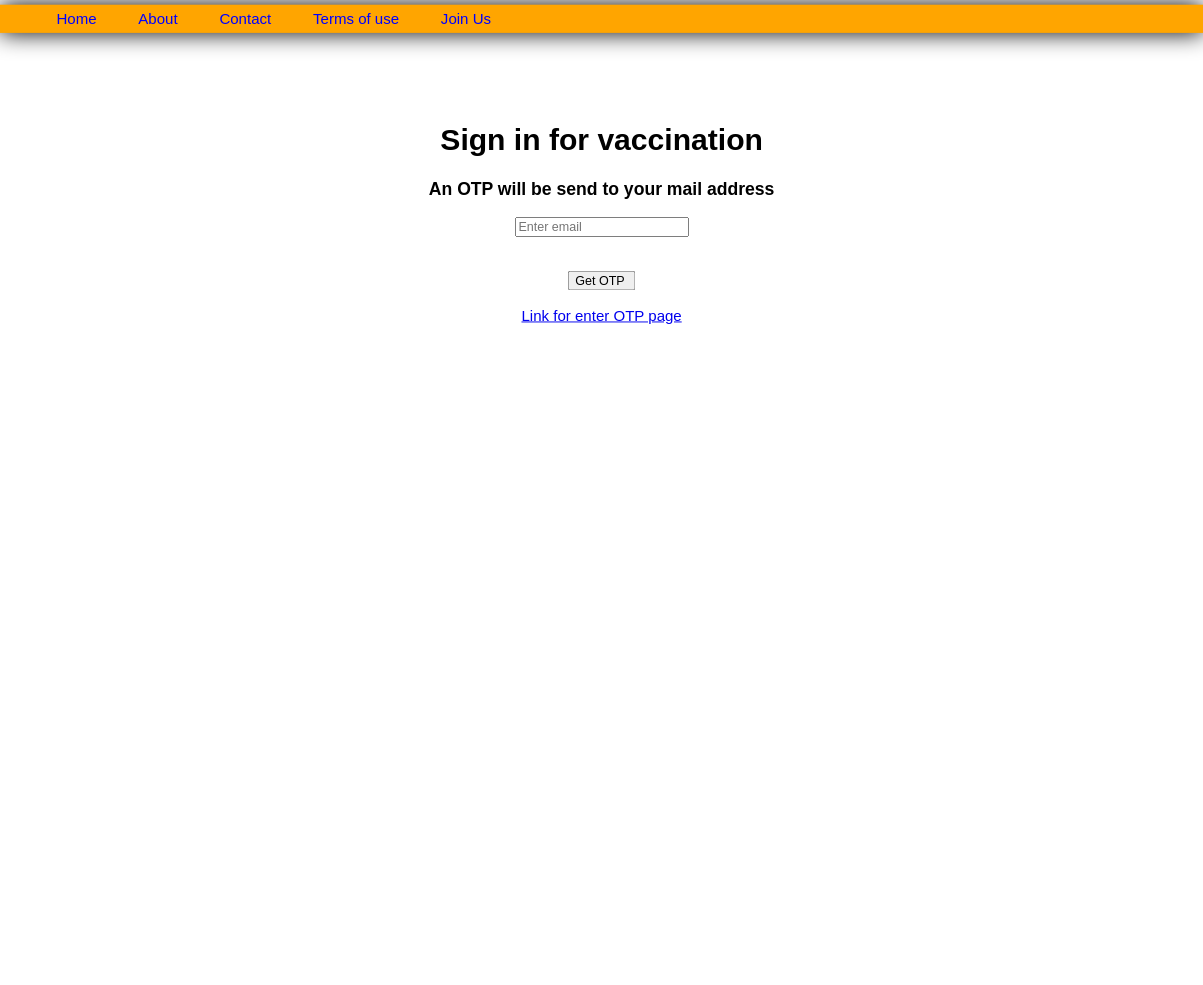
Repository: chetanmelavanki/project
Page: http://localhost/vaccine-app/WEB-INF/pages/signinpage.jsp
These files come from the project's save history. The page is drawn as it stood at one moment and after the next save; the edit follows.
The browser window is 1280 px wide. The pictures show the whole page, at 94% of full size.
The page is served by Tomcat 9. Nobody is signed in. Other server files are loaded and not shown. The template is opened directly, without the code that normally fills it, so the values that code supplies are empty.

Above is the page before, as saved 2022-08-15 04:57:57.

### vaccine-app/src/main/webapp/WEB-INF/pages/signinpage.jsp
<%@ page language="java" contentType="text/html; charset=ISO-8859-1"
	pageEncoding="ISO-8859-1"%>
<!DOCTYPE html>
<html>

<head>
    <title>Vaccine form</title>
    <style type=text/css>
        body {
            height: 125vh;
            margin-top: 80px;
            padding: 30px;
            background-size: cover;
            font-family: sans-serif;
            text-align: center;
        }

        header {
            background-color: orange;
            position: fixed;
            left: 0;
            right: 0;
            top: 5px;
            height: 30px;
            display: flex;
            align-items: center;
            box-shadow: 0 0 25px 0 black;
        }

        header * {
            display: inline;
        }

        header li {
            margin: 20px;
        }

        header li a {
            color: blue;
            text-decoration: none;
        }
    </style>


    <body>
        <header>
            <nav>
                <ul>
                    <li>
                        <a href=""> Home </a>
                    </li>
                    <li>
                        <a href=""> About </a>
                    </li>
                    <li>
                        <a href=""> Contact </a>
                    </li>
                    <li> <a href=""> Terms of use </a>
                    </li>
                    <li>
                        <a href=""> Join Us </a>
                    </li>
                </ul>
            </nav>
        </header>

        <h1>Sign in for vaccination</h1>

        <h3>An OTP will be send to your mail address</h3>
        <div>
            <form action="getOTP.vaccine" method="post">
                <input type="email" name="userEmail" placeholder="Enter email"><br>
                <a style="color: red">${errorMail}${errorSend}</a> <br> <br>
                <input type="submit" value="Get OTP "> <br> <br> <a href="http://localhost:8080/vaccine-app/enterVaccineOTP.vaccine">Link
				for enter OTP page</a>
            </form>
        </div>
        <footer style="color: black;"></footer>
    </body>
</head>

</html>

After the next save:
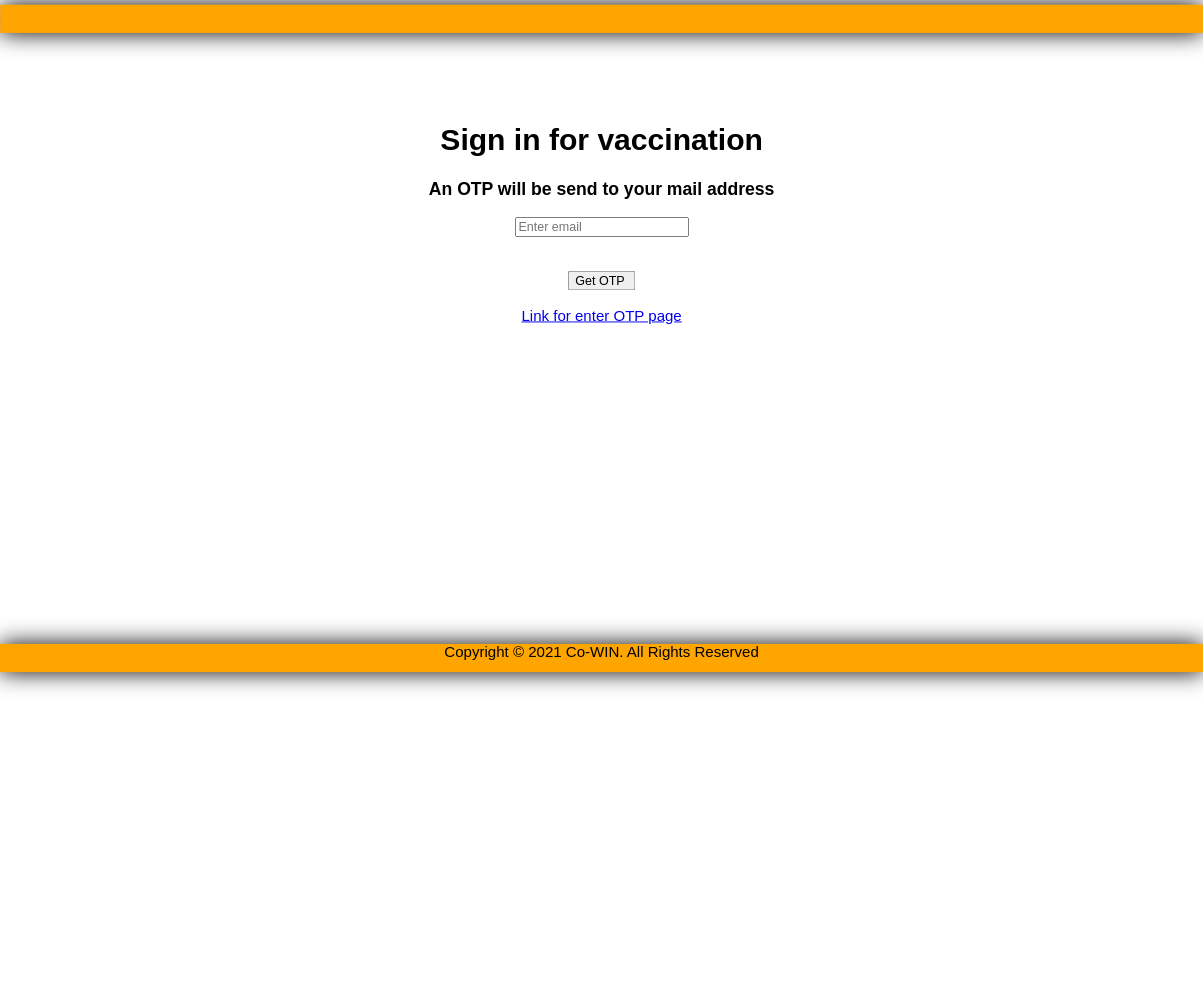
Saved 23 min 28 s later.
--- a/vaccine-app/src/main/webapp/WEB-INF/pages/signinpage.jsp
+++ b/vaccine-app/src/main/webapp/WEB-INF/pages/signinpage.jsp
@@ -35,9 +35,16 @@
             margin: 20px;
         }
 
-        header li a {
-            color: blue;
-            text-decoration: none;
+        .footer {
+            position: fixed;
+            left: 0px;
+            bottom: 5px;
+            right: 0px;
+            width: 100%;
+            height: 30px;
+            background-color: orange;
+            box-shadow: 0 0 25px 0 black;
+            text-align: center;
         }
     </style>
 
@@ -45,22 +52,7 @@
     <body>
         <header>
             <nav>
-                <ul>
-                    <li>
-                        <a href=""> Home </a>
-                    </li>
-                    <li>
-                        <a href=""> About </a>
-                    </li>
-                    <li>
-                        <a href=""> Contact </a>
-                    </li>
-                    <li> <a href=""> Terms of use </a>
-                    </li>
-                    <li>
-                        <a href=""> Join Us </a>
-                    </li>
-                </ul>
+
             </nav>
         </header>
 
@@ -75,7 +67,10 @@
 				for enter OTP page</a>
             </form>
         </div>
-        <footer style="color: black;"></footer>
+        <div class="footer">
+            Copyright © 2021 Co-WIN. All Rights Reserved
+        </div>
+
     </body>
 </head>
 
